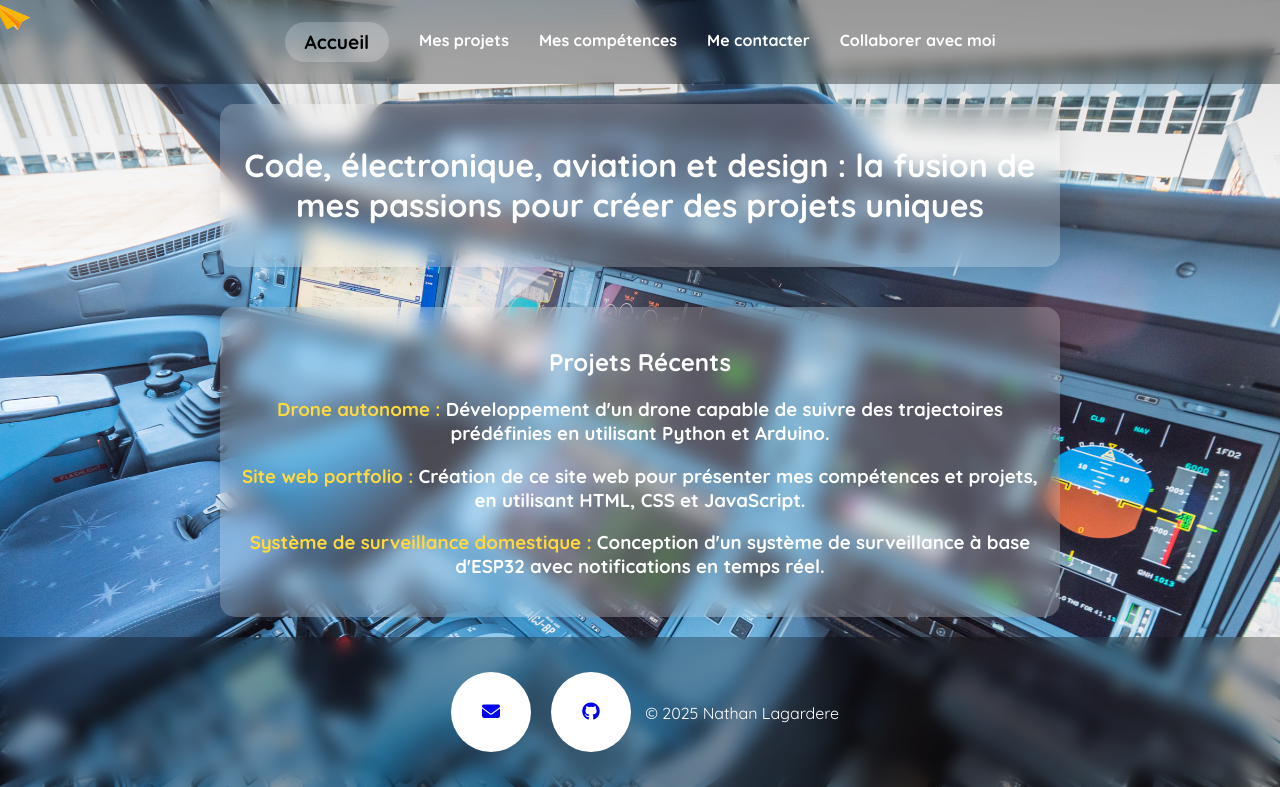
Repository: nlagardere/myportfolio
Page: competences.html
These files come from the project's save history. The page is drawn as it stood at one moment and after the next save; the edit follows.
The browser window is 1280 px wide. The pictures show the whole page.

Above is the page before, as saved 2025-09-06 10:53:17.

### competences.html
<!DOCTYPE html>
<html lang="fr">
<head>
  <meta charset="UTF-8">
  <meta name="viewport" content="width=device-width, initial-scale=1.0">
  <title>Portfolio</title>

  <link href="https://fonts.googleapis.com/css2?family=Exo+2:wght@400;700&family=Quicksand:wght@400;700&display=swap" rel="stylesheet">
  <link rel="stylesheet" href="https://cdnjs.cloudflare.com/ajax/libs/font-awesome/6.5.0/css/all.min.css">

  <style>
    html{
      scroll-behavior: smooth;
      cursor: none;
    }

    body {
      font-family: 'Quicksand', sans-serif;
      margin: 0;
      padding: 0;
      min-height: 100vh;
      display: flex;
      flex-direction: column;
      background: url('a350.jpg') no-repeat center center;
      background-size: cover;
      color: #fff;

    }

    header {
      text-align: center;
      padding: 30px 20px;
      background: rgba(0,0,0,0.3);
      backdrop-filter: blur(8px);
    }

    .glasscard, .competences {
      background: rgba(255, 255, 255, 0.2);
      border-radius: 15px;
      padding: 20px;
      margin: 20px auto;
      max-width: 800px;
      backdrop-filter: blur(10px);
      box-shadow: 0 4px 30px rgba(0,0,0,0.1);
      text-align: center;
      animation: zoomPop 1s ease forwards;
      color: white;
    }

    .highlight {
      color: #FFD93D;
      font-weight: bold;
    }

    @keyframes zoomPop {
      0% { opacity: 0; transform: scale(0.1) translateZ(-800px); }
      60% { opacity: 1; transform: scale(1.2) translateZ(50px); }
      80% { transform: scale(0.95) translateZ(0); }
      100% { opacity: 1; transform: scale(1) translateZ(0); }
    }

    .wrapper {
      display: inline-flex;
      justify-content: center;
      list-style: none;
      padding: 20px 0;
      margin: 0 auto;
    }

    .wrapper .icon {
      position: relative;
      background: #ffffff;
      border-radius: 50%;
      padding: 15px;
      margin: 0 10px;
      width: 50px;
      height: 50px;
      font-size: 18px;
      display: flex;
      justify-content: center;
      align-items: center;
      cursor: pointer;
      transition: all 0.2s cubic-bezier(0.68, -0.55, 0.265, 1.55);
    }

    .wrapper .tooltip {
      position: absolute;
      bottom: 100%;
      left: 50%;
      transform: translateX(-50%) translateY(-10px);
      font-size: 14px;
      background: #333;
      color: #fff;
      padding: 5px 8px;
      border-radius: 5px;
      opacity: 0;
      pointer-events: none;
      white-space: nowrap;
      transition: all 0.3s cubic-bezier(0.68, -0.55, 0.265, 1.55);
      z-index: 10;
    }

    .wrapper .tooltip::before {
      content: "";
      position: absolute;
      top: 100%;
      left: 50%;
      transform: translateX(-50%) rotate(45deg);
      width: 8px;
      height: 8px;
      background: #333;
    }

    .wrapper .icon:hover .tooltip {
      opacity: 1;
      pointer-events: auto;
      transform: translateX(-50%) translateY(-15px);
    }

    .wrapper .mail:hover,
    .wrapper .mail:hover .tooltip,
    .wrapper .mail:hover .tooltip::before {
      background: #00CED1;
      color: #fff;
    }

    .wrapper .github:hover,
    .wrapper .github:hover .tooltip,
    .wrapper .github:hover .tooltip::before {
      background: #333333;
      color: #fff;
    }

    .footer{
      text-align: center;
      padding: 15px 20px;
      background: rgba(0,0,0,0.3);
      backdrop-filter: blur(8px);
      color: white;
      margin-top: auto;
    }

    .navbar ul {
      list-style: none;
      padding: 0;
      margin: 0;
      display: flex;
      justify-content: center;
      gap: 30px;
      flex-wrap: wrap;
    }
    .navbar ul li {
      display: inline;
    }
    .navbar ul li a {
      text-decoration: none;
      color: white;
      font-weight: bold;
      transition: color 0.3s;
    }
    .navbar ul li a:hover {
      color: #FFD93D;
    }

    .navbar .accueil a {
      font-size: 1.2em;
      font-weight: bold;
      color: #000000;
    }
    .navbar .accueil a:hover {
      color: #e6e62a;
    }

    .accueil-wrapper {
      background: rgba(255, 255, 255, 0.2);
      backdrop-filter: blur(10px);
      padding: 8px 20px;
      border-radius: 25px;
      color: #fff;
      font-weight: bold;
      transition: all 0.3s ease;
    }

    .accueil-wrapper:hover {
      background: rgba(255, 255, 255, 0.4);
      transform: scale(1.05);
      color: #FFD93D;
    }

    #mouse {
  position: fixed;
  top: 0;
  left: 0;
  width: 64px;
  height: 64px;
  background: url('cursor.png') no-repeat center center;
  background-size: contain;
  pointer-events: none; /* pour que le curseur ne bloque pas les clics */
  transform: translate(-50%, -50%);
  z-index: 9999;
  transform: translate(-35%, -25%);
  pointer-events: none;
}




    @media (max-width: 600px) {
      .letter-block .letter {
        font-size: 2.5em;
      }
    }

  </style>
</head>
<body>
  <div id="mouse"></div>
  <header>
    <nav class="navbar">
      <ul>
        <li class="accueil">
          <a href="index - Copie.html" class="accueil-wrapper">Accueil</a>
        </li>
        <li><a href="projects.html">Mes projets</a></li>
        <li><a href="competences.html">Mes compétences</a></li>
        <li><a href="contact.html">Me contacter</a></li>
        <li><a href="collaborate.html">Collaborer avec moi</a></li>
      </ul>
    </nav>
  </header>

  <div class="glasscard">
    <h1>Code, électronique, aviation et design : la fusion de mes passions pour créer des projets uniques</h1>
  </div>



  <div class="projects">
    <div class="glasscard">
      <h2>Projets Récents</h2>
      <h3><span class="highlight">Drone autonome :</span> Développement d'un drone capable de suivre des trajectoires prédéfinies en utilisant Python et Arduino.</h3>
      <h3><span class="highlight">Site web portfolio :</span> Création de ce site web pour présenter mes compétences et projets, en utilisant HTML, CSS et JavaScript.</h3>
      <h3><span class="highlight">Système de surveillance domestique :</span> Conception d'un système de surveillance à base d'ESP32 avec notifications en temps réel.</h3>
    </div>
  </div>

  <div class="footer">
    <ul class="wrapper">
      <li class="icon mail">
        <a href="mailto:nathan.lagardere@gmail.com" target="_blank">
          <span class="tooltip">Mail</span>
          <i class="fas fa-envelope"></i>
        </a>
      </li>
      <li class="icon github">
        <a href="https://github.com/nlagardere" target="_blank">
          <span class="tooltip">Github</span>
          <i class="fab fa-github"></i>
        </a>
      </li>
    </ul>
    © 2025 Nathan Lagardere
  </div>

  <script>
    const mouse = document.querySelector('#mouse')
    window.addEventListener('mousemove', (e) => {
      mouse.style.top = e.pageY + 'px'
      mouse.style.left = e.pageX + 'px'
    })
  </script>
</body>
</html>

After the next save:
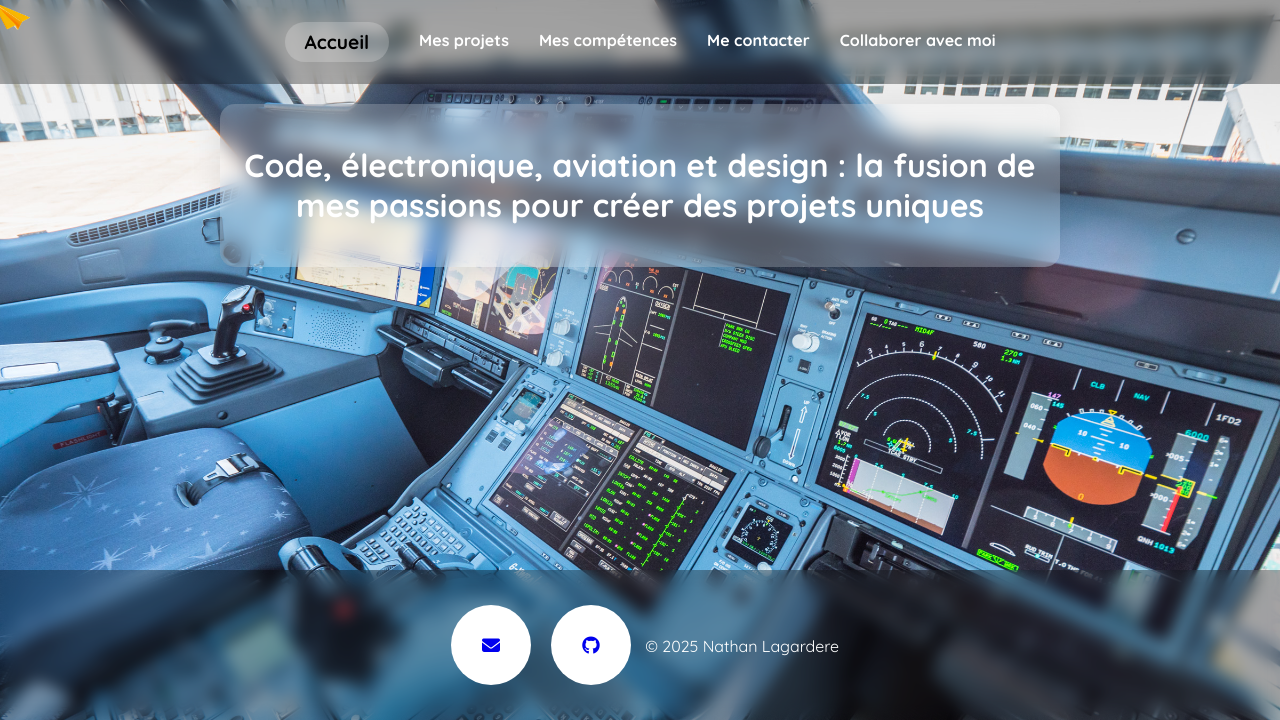
Saved 7 s later.
--- a/competences.html
+++ b/competences.html
@@ -234,16 +234,6 @@
   </div>
 
 
-
-  <div class="projects">
-    <div class="glasscard">
-      <h2>Projets Récents</h2>
-      <h3><span class="highlight">Drone autonome :</span> Développement d'un drone capable de suivre des trajectoires prédéfinies en utilisant Python et Arduino.</h3>
-      <h3><span class="highlight">Site web portfolio :</span> Création de ce site web pour présenter mes compétences et projets, en utilisant HTML, CSS et JavaScript.</h3>
-      <h3><span class="highlight">Système de surveillance domestique :</span> Conception d'un système de surveillance à base d'ESP32 avec notifications en temps réel.</h3>
-    </div>
-  </div>
-
   <div class="footer">
     <ul class="wrapper">
       <li class="icon mail">
